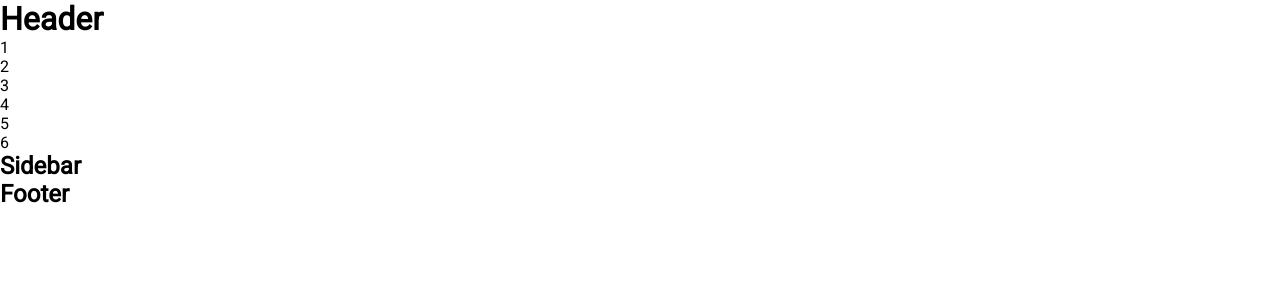
Repository: JavaProgrammerFromEastEurope/project-css-full-tutorial
Page: 15_lesson/index.html
These files come from the project's save history. The page is drawn as it stood at one moment and after a run of saves; the edit follows.
The browser window is 1280 px wide. The pictures show the whole page.

Above is the page before, as saved 2023-04-07 11:42:41.

After the next 10 saves:
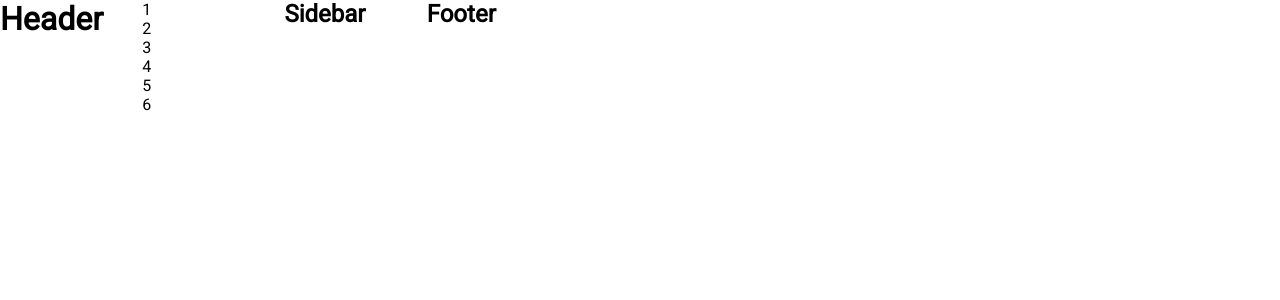
The 10 saves are shown as one change because they came seconds apart.
The last was saved 82 s later.
--- a/15_lesson/css/style.css
+++ b/15_lesson/css/style.css
@@ -10,4 +10,8 @@ body {
   font-family: "Roboto", sans-serif;
   min-height: 100vh;
 
+	display: grid;
+	grid-template-columns: repeat(9, 1fr);
+
+
 }
